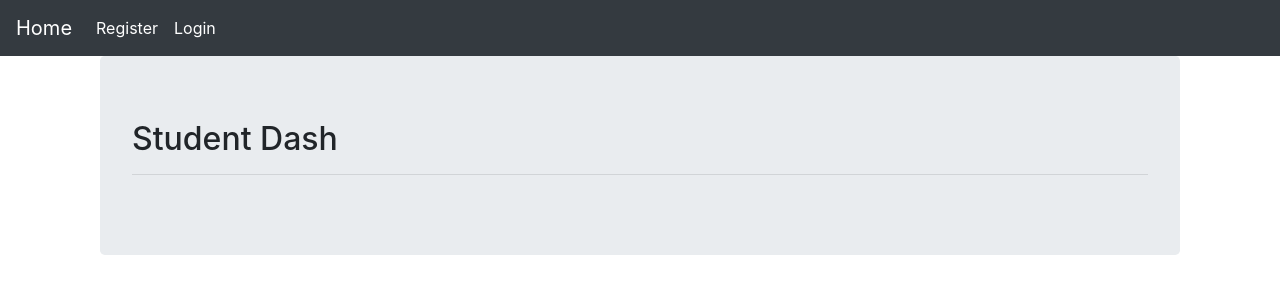
Repository: prabhat8701/nextgrowth_lab_task-main
Page: http://localhost/adminDash/
An editor plug-in stored every save of this project. The page is shown before and after the next save, followed by the edit.
The browser window is 1280 px wide. The pictures show the whole page.
The page is served by the project's application, run on Django 4.2 (manage.py). Other server files are loaded and not shown.

Above is the page before, as saved 2023-07-30 21:17:05.

### nextgrowAi/SET_2/next_project/templates/gradesApp/adminDash.html
{% extends 'gradesApp/base.html' %}
{% block body_block %}

<div class="container">
    <div class="jumbotron">
        <h2>Student Dash</h2>
        <hr>
    </div>
</div>


{% endblock %}

### nextgrowAi/SET_2/next_project/templates/gradesApp/base.html
<!DOCTYPE html>
<html lang="en">
<head>
    <meta charset="UTF-8">
    <meta name="viewport" content="width=device-width, initial-scale=1.0">
    <meta http-equiv="X-UA-Compatible" content="ie=edge">
    <title>myGrades</title>
    <link rel="stylesheet" href="https://stackpath.bootstrapcdn.com/bootstrap/4.3.1/css/bootstrap.min.css" integrity="sha384-ggOyR0iXCbMQv3Xipma34MD+dH/1fQ784/j6cY/iJTQUOhcWr7x9JvoRxT2MZw1T" crossorigin="anonymous">
</head>
<body>
    <nav class="navbar navbar-expand-sm navbar-dark bg-dark">
        <a class="navbar-brand" href="{% url 'index' %}">Home</a>
        <button class="navbar-toggler d-lg-none" type="button" data-toggle="collapse" data-target="#collapsibleNavId" aria-controls="collapsibleNavId"
            aria-expanded="false" aria-label="Toggle navigation"></button>
        <div class="collapse navbar-collapse" id="collapsibleNavId">
            <ul class="navbar-nav mr-auto mt-2 mt-lg-0">
                <li class="nav-item active">
                    <!-- <a class="nav-link" href="{% url "admin:index" %}">Admin</a> -->
                </li>
                <li class="nav-item active">
                    <a class="nav-link" href="{% url 'register' %}" role="button">Register</a>

                </li>
                {% if user.is_authenticated %}
                    <li class="nav-item active">
                        <a class="nav-link" href="{% url 'dashboard' %}">Dashboard</a>

                    </li>
                    <li class="nav-item active">
                        <a class="nav-link" href="{% url 'logout' %}">Logout</a>
                    </li>
                {% else %}
                    <li class="nav-item active">

                        <a class="nav-link" href="{% url 'userLogin' %}">Login</a>

                    </li>
                {% endif %}

            </ul>

        </div>
    </nav>
    <div class="container">
        {% block body_block %}
        {% endblock %}
    </div>
</body>
</html>

### nextgrowAi/SET_2/next_project/next_app/views.py
from django.shortcuts import render

# Create your views here.
from django.shortcuts import render

# Create your views here.
from django.shortcuts import render,redirect
from next_app.forms import Admin_User_Form,Common_User_Form,Admin_User_AddForm,Common_User_AddForm
from django.http import HttpResponse,HttpResponseRedirect
from django.contrib.auth.decorators import login_required
from django.urls import reverse
from django.contrib.auth import authenticate,login,logout
from next_app.models import Admin_User,Common_User
from django.contrib.auth.models import User

# Create your views here.

def index(request):
    return render(request,'gradesApp/index.html')


@login_required
def userLogout(request):
    logout(request)
    return HttpResponseRedirect(reverse('index'))


def register(request):
    return render(request,'gradesApp/register.html')

def registeradmin(request):
    registered=False
    if request.method=='POST':
        var_adminForm=Admin_User_Form(request.POST)
        var_adminAddForm=Admin_User_AddForm(request.POST)
        if var_adminForm.is_valid()and var_adminAddForm.is_valid():
            adminprimary=var_adminForm.save()
            adminprimary.set_password(adminprimary.password)
            adminprimary.save()
            adminAdd=var_adminAddForm.save(commit=False)
            adminAdd.admin_user=adminprimary
            adminAdd.save()
            registered=True
    else:
        var_adminForm=Admin_User_Form()
        var_adminAddForm=Admin_User_AddForm()
    data={
        'var_adminForm':var_adminForm,
        'var_adminAddForm':var_adminAddForm,
        'registered':registered
        }
    return render(request,'gradesApp/registeradmin.html',data)


def registeruser(request):
    registered=False
    if request.method=='POST':
        var_userForm=Common_User_Form(request.POST)
        var_userAddForm=Common_User_AddForm(request.POST)
        if var_userForm.is_valid()and var_userAddForm.is_valid():
            userprimary=var_userForm.save()
            userprimary.set_password(userprimary.password)
            userprimary.save()
            userAdd=var_userAddForm.save(commit=False)
            userAdd.common_user=userprimary
            userAdd.save()
            registered=True
    else:
        var_userForm=Common_User_Form()
        var_userAddForm=Common_User_AddForm()
    data={
        'var_userForm':var_userForm,
        'var_userAddForm':var_userAddForm,
        'registered':registered}
    return render(request,'gradesApp/registeruser.html',data)

def userLogin(request):
    invalidlogin=False
    if request.method=='POST':
        username=request.POST.get('username')
        password=request.POST.get('password')
        user=authenticate(username=username,password=password)
        if user:
            if user.is_active:
                login(request,user)
                return HttpResponseRedirect(reverse('index'))
            else:
                return HttpResponse('Account not active')
        else:
            invalidlogin=True
            return redirect('/gradesApp/login/')
    else:
        return render(request,'gradesApp/login.html',{'invalidlogin':invalidlogin})


# from django.shortcuts import render, redirect
# from .models import Admin_User, Common_User
# from django.contrib.auth.decorators import login_required

@login_required
def dashboard(request):
    print("request",request.user)
    try:
        current=Admin_User.objects.get(admin_user=request.user)
        print("current",current)
        is_admin_user = True
    except Admin_User.DoesNotExist:
        current=Common_User.objects.get(common_user=request.user)
        print("current",current)
        is_admin_user = False

    if is_admin_user:
        return redirect('/adminDash/')
    else:
        return redirect('/userDash/')
    return render(request,'gradesApp/dashboard.html')




from django.shortcuts import render, redirect
from .models import Admin_User, Common_User
from django.contrib.auth.decorators import login_required


# @login_required
# def dashboard(request):
#     print("request", request.user)
#     try:
#         # Try to fetch the Admin_User object for the current user
#         current = Admin_User.objects.get(admin_user=request.user)
#         is_admin_user = True
#     except Admin_User.DoesNotExist:
#         # If Admin_User object is not found, try fetching Common_User object
#         try:
#             current = Common_User.objects.get(common_user=request.user)
#             is_admin_user = False
#         except Common_User.DoesNotExist:
#             # If neither Admin_User nor Common_User object is found, handle the situation here
#             # For example, you might want to redirect to a page showing an error message
#             return render(request, 'gradesApp/error.html')

    # if is_admin_user:
    #     return redirect('/studentDash/')
    # else:
    #     return redirect('/teacherDash/')




def adminDash(request):
    return render(request,'gradesApp/adminDash.html')

def userDash(request):
    return render(request,'gradesApp/userDash.html')

### nextgrowAi/SET_2/next_project/next_project/urls.py
"""next_project URL Configuration

The `urlpatterns` list routes URLs to views. For more information please see:
    https://docs.djangoproject.com/en/4.1/topics/http/urls/
Examples:
Function views
    1. Add an import:  from my_app import views
    2. Add a URL to urlpatterns:  path('', views.home, name='home')
Class-based views
    1. Add an import:  from other_app.views import Home
    2. Add a URL to urlpatterns:  path('', Home.as_view(), name='home')
Including another URLconf
    1. Import the include() function: from django.urls import include, path
    2. Add a URL to urlpatterns:  path('blog/', include('blog.urls'))
"""
from django.contrib import admin
from django.urls import path,include
from next_app import views

urlpatterns = [
    path('next_app/',include('next_app.urls')),
    path('',views.index,name='index'),
    path('admin/', admin.site.urls),
    path('logout/',views.userLogout,name='logout'),
    path('adminDash/',views.adminDash,name='adminDash'),
    path('userDash/',views.userDash,name='userDash'),
]

### nextgrowAi/SET_2/next_project/next_app/urls.py
from django.urls import path
from next_app import views

# app_name='gradesApp'

urlpatterns = [
    path('',views.index,name='index'),
    path('register/',views.register,name='register'),

    path('registeradmin/',views.registeradmin,name='registeradmin'),
    path('registeruser/',views.registeruser,name='registeruser'),

    path('login/',views.userLogin,name='userLogin'),
    path('dashboard',views.dashboard,name='dashboard'),

]

After the next save:
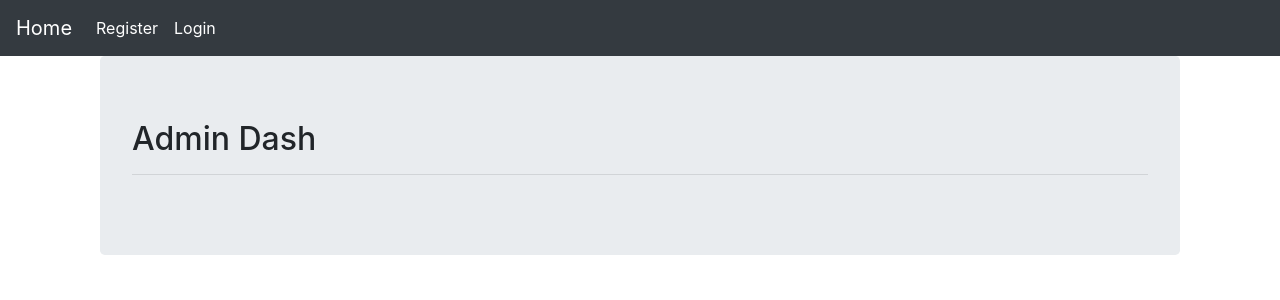
Saved 7 s later.
--- a/nextgrowAi/SET_2/next_project/templates/gradesApp/adminDash.html
+++ b/nextgrowAi/SET_2/next_project/templates/gradesApp/adminDash.html
@@ -3,7 +3,7 @@
 
 <div class="container">
     <div class="jumbotron">
-        <h2>Student Dash</h2>
+        <h2>Admin Dash</h2>
         <hr>
     </div>
 </div>
